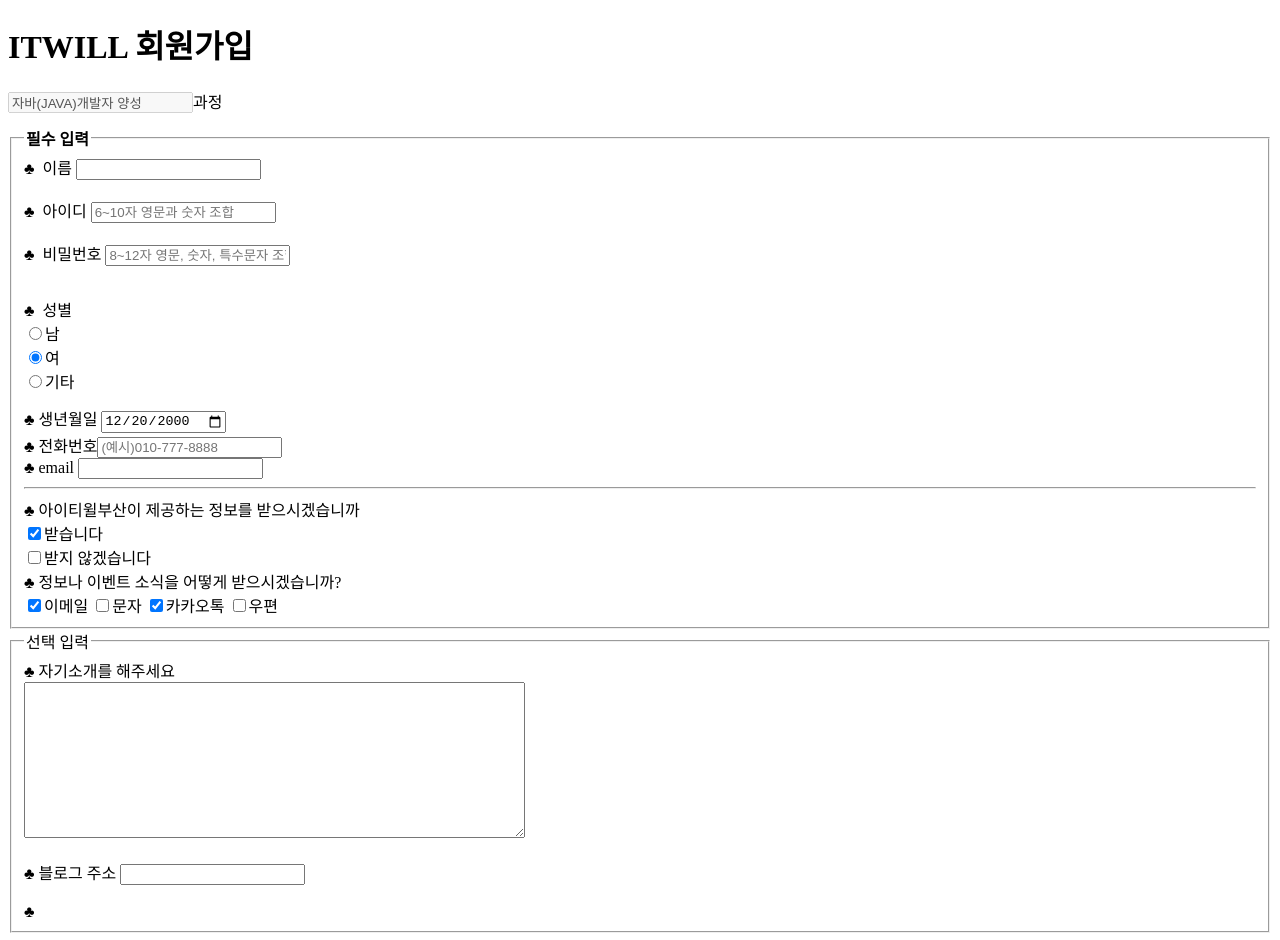
Repository: ReadStar/Web
Page: Html/html5/WebContent/form-test.html
The author's editor kept a copy of each file at every save. The page is drawn from the files as they stood at one save, then again after the next save.
The browser window is 1280 px wide. The pictures show the whole page.

Above is the page before, as saved 2020-08-13 11:54:39.

### Html/html5/WebContent/form-test.html
<!DOCTYPE html>
<html>
<head>
<meta charset="UTF-8">
<title>Insert title here</title>
</head>
<body>
<h1>ITWILL 회원가입</h1>
<input type ="text" disabled="disabled" value = "자바(JAVA)개발자 양성">과정<pre></pre>
<fieldset>
<legend><b>필수 입력</b></legend>
<b>♣</b> &nbsp;이름 <input type="text"><br><br>
<b>♣</b> &nbsp;아이디 <input type="text" placeholder="6~10자 영문과 숫자 조합"><br><br>
<b>♣</b> &nbsp;비밀번호 <input type="text" placeholder="8~12자 영문, 숫자, 특수문자 조합"><br><br>
<pre></pre>
<b>♣</b>&nbsp; 성별<br>
<input type="radio" name = "gender">남<br>
<input type="radio" name = "gender" checked="checked">여<br>
<input type="radio" name = "gender">기타<br>
<pre></pre>
<b>♣</b>&nbsp;생년월일&nbsp;<input type="date" value="2000-12-20" ><br>
<b>♣</b>&nbsp;전화번호<input type="tel" placeholder="(예시)010-777-8888"><br>
<b>♣</b>&nbsp;email&nbsp;<input type="email"><br>
<hr></hr>
<b>♣</b>&nbsp;아이티윌부산이 제공하는 정보를 받으시겠습니까<br>
<input type="checkbox" name="box" checked="checked">받습니다<br>
<input type="checkbox" name="box">받지 않겠습니다<br>
<b>♣</b>&nbsp;정보나 이벤트 소식을 어떻게 받으시겠습니까?<br>
<input type="checkbox" name="box2" checked="checked">이메일
<input type="checkbox" name="box2">문자
<input type="checkbox" name="box2" checked="checked">카카오톡
<input type="checkbox" name="box2">우편
</fieldset>

<fieldset>
<legend>선택 입력</legend>
<b>♣</b>&nbsp;자기소개를 해주세요<br>
<textarea cols="60" rows="10"></textarea><br><br>
<b>♣</b>&nbsp;블로그 주소 <input type="url"><br><br>
<b>♣</b>&nbsp;
</fieldset>
</body>
</html>

After the next save:
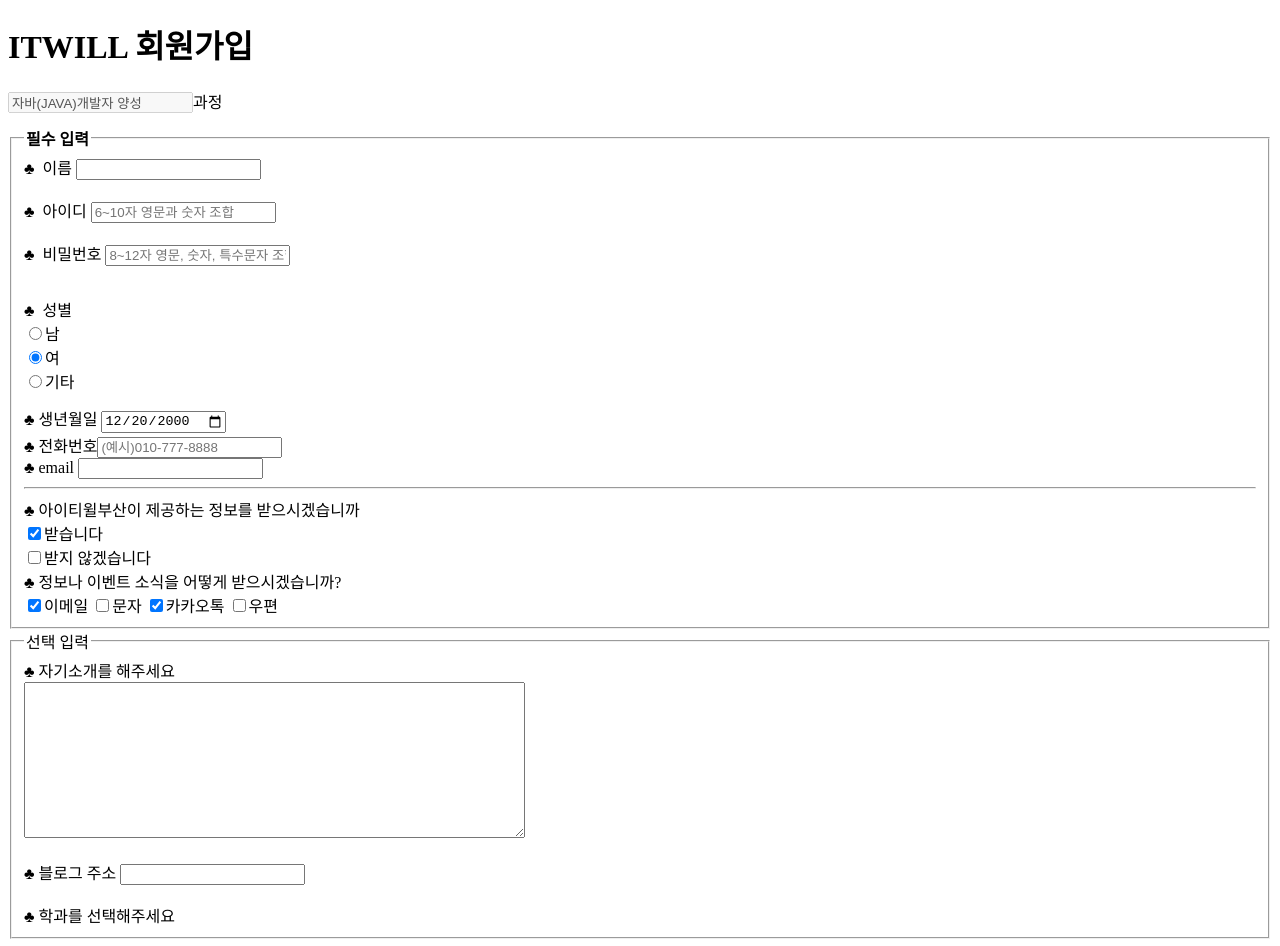
Saved 15 s later.
--- a/Html/html5/WebContent/form-test.html
+++ b/Html/html5/WebContent/form-test.html
@@ -37,7 +37,8 @@
 <b>♣</b>&nbsp;자기소개를 해주세요<br>
 <textarea cols="60" rows="10"></textarea><br><br>
 <b>♣</b>&nbsp;블로그 주소 <input type="url"><br><br>
-<b>♣</b>&nbsp;
+<b>♣</b>&nbsp;학과를 선택해주세요<br>
+
 </fieldset>
 </body>
 </html>
